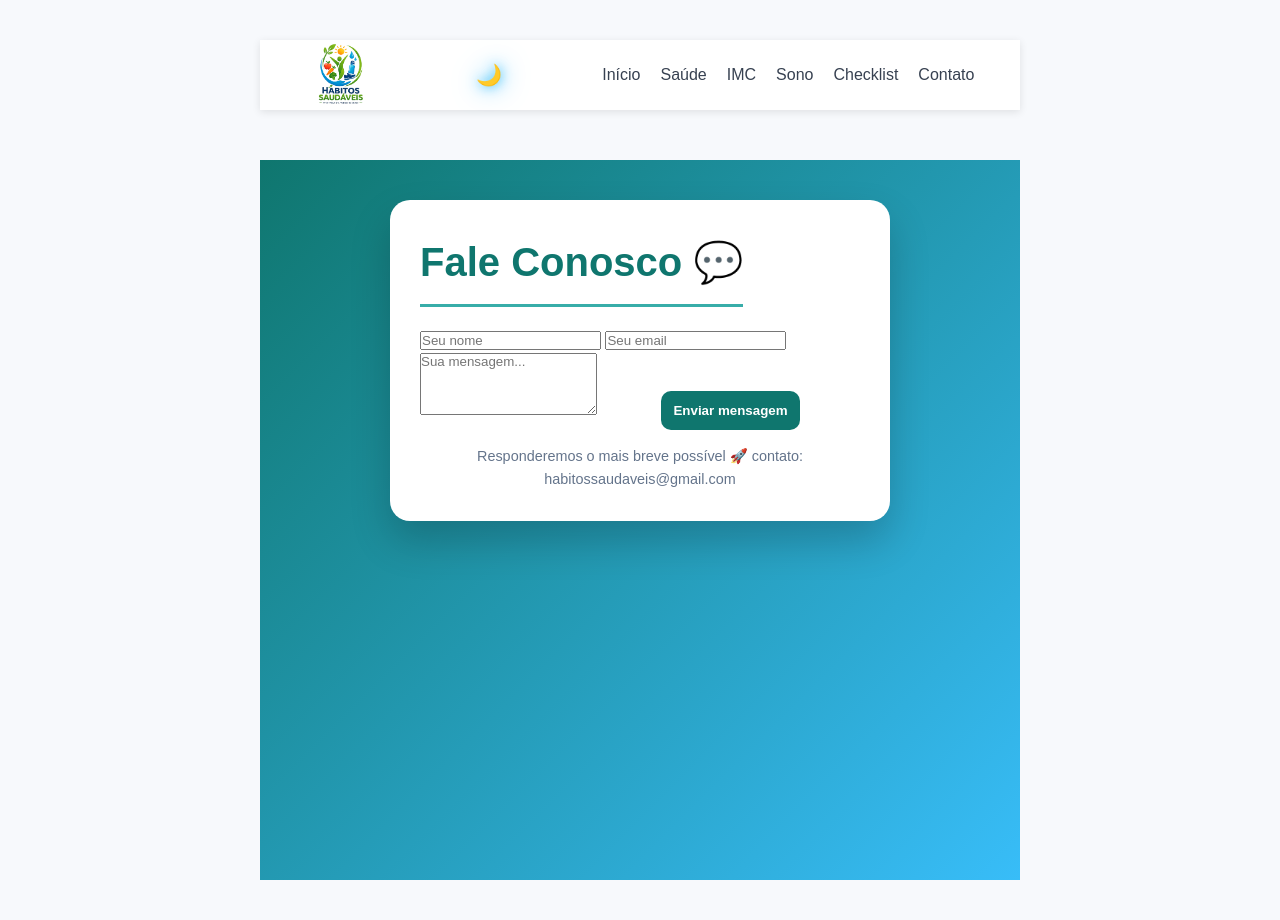
Repository: habitos2026/projetointegrador2026
Page: contato.html
The author's editor kept a copy of each file at every save. The page is drawn from the files as they stood at one save, then again after the next save.
The browser window is 1280 px wide. The pictures show the whole page.

Above is the page before, as saved 2026-06-10 23:12:12.

### contato.html
<!DOCTYPE html>
<html lang="pt-br">
<head>
<meta charset="UTF-8">
<meta name="viewport" content="width=device-width, initial-scale=1.0">
<title>Contato</title>

<link rel="stylesheet" href="estilos.css">

<style>

    :root {
            --cor-mente: #6a89cc;    /* Azul sereno */
            --cor-fisico: #38ada9;   /* Verde energia */
            --cor-agua: #4a69bd;     /* Azul hidratação */
            --cor-fundo: #f7f9fc;
        }

        /* Animação de Entrada */
        @keyframes fadeInUp {
            from {
                opacity: 0;
                transform: translateY(20px);
            }
            to {
                opacity: 1;
                transform: translateY(0);
            }
        }

        body {
            font-family: 'Segoe UI', Roboto, sans-serif;
            line-height: 1.6;
            background-color: var(--cor-fundo);
            color: #2f3542;
            max-width: 800px;
            margin: 0 auto;
            padding: 40px 20px;
        }

        header {
            text-align: center;
            margin-bottom: 50px;
            animation: fadeInUp 0.8s ease-out;
        }

        h1 {
            color: var(--cor-mente);
            font-size: 2.5rem;
            border-bottom: 3px solid var(--cor-fisico);
            display: inline-block;
            padding-bottom: 10px;
        }

        section {
            background: white;
            padding: 30px;
            border-radius: 15px;
            box-shadow: 0 10px 25px rgba(0,0,0,0.05);
            animation: fadeInUp 1s ease-out;
        }

        h2 {
            color: var(--cor-fisico);
            margin-top: 30px;
            display: flex;
            align-items: center;
            gap: 10px;
        }

/* ÁREA SÓ DO CONTATO */
.contato-page {
    background: linear-gradient(135deg, #0f766e, #38bdf8);
    min-height: 100vh;
    padding: 40px 10px;
}

/* CARD */
.contato-box {
    max-width: 500px;
    margin: auto;
    background: white;
    padding: 30px;
    border-radius: 20px;
    box-shadow: 0 20px 40px rgba(0,0,0,0.2);
    animation: subir 0.6s ease;
}

/* ANIMAÇÃO */
@keyframes subir {
    from {
        opacity: 0;
        transform: translateY(40px);
    }
    to {
        opacity: 1;
        transform: translateY(0);
    }
}

.contato-box h1 {
    text-align: center;
    color: #0f766e;
    margin-bottom: 20px;
}

/* FORM */
.contato-form {
    display: flex;
    flex-direction: column;
    gap: 15px;
}

.contato-form input,
.contato-form textarea {
    padding: 12px;
    border-radius: 10px;
    border: 1px solid #cbd5e1;
    outline: none;
    transition: 0.3s;
    font-size: 1rem;
}

.contato-form input:focus,
.contato-form textarea:focus {
    border-color: #0f766e;
    box-shadow: 0 0 8px rgba(15,118,110,0.3);
}

/* BOTÃO */
.contato-form button {
    padding: 12px;
    border: none;
    border-radius: 10px;
    background: #0f766e;
    color: white;
    font-weight: bold;
    cursor: pointer;
    transition: 0.3s;
}

.contato-form button:hover {
    background: #115e59;
    transform: scale(1.03);
    cursor: pointer;
}

.contato-box button{
    padding: 12px;
    margin-left: 60px;
    border: none;
    border-radius: 10px;
    background: #0f766e;
    color: white;
    font-weight: bold;
    cursor: pointer;
    transition: 0.3s;
}

/* TEXTO */
.info {
    text-align: center;
    margin-top: 15px;
    color: #64748b;
    font-size: 0.9rem;
}

</style>

</head>

<body>

<div id="menu"></div>

<div class="contato-page">

    <div class="contato-box">
        <h1>Fale Conosco 💬</h1>

        <form class= method="post">
            <input type="text" placeholder="Seu nome" required>
            <input type="email" placeholder="Seu email" required>
            <textarea rows="4" placeholder="Sua mensagem..." required></textarea>
            <button type="submit">Enviar mensagem</button>
        </form>

        <div class="info">
            Responderemos o mais breve possível 🚀  contato: habitossaudaveis@gmail.com
        </div>
    </div>

</div>

<script src="trabalho.js"></script>

</body>
</html>

### estilos.css
:root{
    --cinza245: rgb(245,245,245);
    --cinza220: rgb(220,220,220);
    --cinza128: rgb(128,128,128);
    --azul: rgb(0,80,120);
    --amarelo: yellow;
}

/* RESET */
*{
    margin:0;
    padding:0;
    box-sizing:border-box;
    font-family:Arial, sans-serif;
}

body{
    background:#f5f7fb;
    color:#1f2937;
}

/* HEADER */
header{
    background:white;
    height:70px;

    display:flex;
    align-items:center;
    justify-content:space-between;

    padding:0 6%;

    box-shadow:0 2px 8px rgba(0,0,0,0.1);
}

/* LOGO */
.logo{
    height:100%;
    width:auto;
}

/* MENU */
.menu{
    display:flex;
    align-items:center;
    gap:20px;
}

.menu a{
    text-decoration:none;
    color:#374151;
    transition: 0.5s;

}

.menu a:hover{
    color:#0f766e;
    text-shadow: 0 0 6px #01b3a4;
}

/* TOPO MENU MOBILE */
.topoMenu{
    display:none;
}

/* BOTÃO MENU */
.botaoMenu{
    border:none;
    background:transparent;

    display:none;
    flex-direction:column;

    gap:6px;

    cursor:pointer;
    transition:0.5s;
}

.botaoMenu div{
    width:28px;
    height:3px;

    background:black;
    transition:0.5s;
}

/* MAIN */
main{
    max-width:800px;

    margin:40px auto;

    background:white;

    padding:30px;

    border-radius:10px;
}

/* TEXTOS */
h1{
    color:#0f766e;
    margin-bottom:10px;
}

p{
    margin-bottom:15px;
}

/* BANNER */
.bannerIndexInicio{
    width:100%;
    height:300px;
    overflow:hidden;
}

.bannerIndexInicio img{
    width:100%;
    height:100%;

    object-fit:cover;
    display:block;
}

.bannerIndex{
    height:100%;

    display:flex;
    justify-content:center;

    overflow:hidden;

    aspect-ratio:16/9;
}

.bannerIndex img{
    width:70%;
    height:80%;

    object-fit:cover;
}

/* BOX ÁGUA */
.agua-box{
    background:#ecfeff;

    padding:20px;

    border-radius:15px;

    margin-bottom:20px;
}

.agua-box h2{
    color:#0f766e;
    margin-bottom:10px;
}

.agua-box input{
    width:100%;

    padding:10px;

    margin-bottom:10px;

    border-radius:8px;

    border:1px solid #ccc;
}

.agua-box button{
    width:100%;

    padding:12px;

    background:#0f766e;

    color:white;

    border:none;

    border-radius:8px;

    cursor:pointer;

    transition:0.5s;
}

.agua-box button:hover{
    background:#115e59;

    transform:scale(1.01);

    box-shadow:
    0 0 10px rgb(1, 255, 234),
    0 0 15px rgb(0, 173, 253);
}

#resultadoAgua{
    margin-top:10px;
    font-weight:bold;
}

/* LISTAS */
.listas{
    width:65%;

    display:grid;

    grid-template-columns:repeat(2, 1fr);

    gap:1rem;
}

/* IMAGENS SAÚDE */
.Saude .Imagem img{

    width:35%;

    height:auto;

    object-fit:cover;

    border-radius:15px;

    transition:0.4s;
}

.Saude .Imagem img:hover{

    transform:scale(1.05);

    box-shadow:
    0 0 10px cyan,
    0 0 20px cyan,
    0 0 40px cyan;
}

.imc-box{
    background:#0f766e;

    padding:20px;

    border-radius:20px;

    margin-top:3rem;


}

.imc-box input{
    width:100%;

    padding:10px;

    margin-bottom:10px;

    border-radius:8px;

    border:1px solid #ccc;
}

.imc-box button{
    width:100%;

    padding:12px;

    background: white;

    border: none;

    border-radius:8px;

    cursor:pointer;

    transition:0.5s;
}

.imc-box button:hover{
    background:#f0f0f0;

    transform:scale(1.002);

    box-shadow:
    0 0 6px rgb(1, 255, 234),
    0 0 8px rgb(0, 173, 253),
    0 0 15px  rgba(18, 165, 153);
}

#resultado{
    margin-top:20px;

    font-weight:bold;

    display: flex;

    flex-direction: column;

    align-items: center;

    gap: 10px;

}

#botaoFecharMenu{
    border:none;

    background:transparent;

    box-shadow: none;

    font-size:20px;

    cursor:pointer;

    transition: 0.5s;

    border-radius: 100px;

}


#botaoFecharMenu:hover{
    color: red;
    text-shadow:  0 0 11px rgb(255, 0, 0);
}

#botaoFecharMenu:active{
  animation: clickEffect 0.2s ease;
}


/* ===== BOTÃO TEMA ===== */

/* Tema CLARO ativo — botão mostra 🌙 — neon azul */
#btnTema {
    background: transparent;
    border: none;
    border-radius: 50%;
    width: 38px;
    height: 38px;
    font-size: 1.3rem;
    cursor: pointer;
    transition: all 0.3s;
    filter: drop-shadow(0 0 6px #38bdf8) drop-shadow(0 0 12px #7dd3fc);
}

#btnTema:hover {
    transform: scale(1.12) rotate(10deg);
    filter: drop-shadow(0 0 10px #38bdf8) drop-shadow(0 0 20px #7dd3fc);
}

/* Tema ESCURO ativo — botão mostra ☀️ — neon amarelo */
body.dark #btnTema {
    border: none;
    box-shadow: none;
    filter: drop-shadow(0 0 6px #f59e0b) drop-shadow(0 0 12px #fbbf24);
}

body.dark #btnTema:hover {
    transform: scale(1.2) rotate(50deg);
    filter: drop-shadow(0 0 10px #f59e0b) drop-shadow(0 0 20px #fbbf24);
}

/* ===== DARK MODE ===== */
body.dark {
    background: #0a0f1e;
    color: #e2e8f0;
}

body.dark header {
    background: #0d1b2a;
    box-shadow: 0 2px 8px rgba(0,0,0,0.5);
}

body.dark .menu {
    background: #0d1b2a;
}

body.dark .menu a {
    color: #94a3b8;
    border-bottom-color: #1e3a5f;
}

body.dark .menu a:hover {
    color: #7dd3fc;
    text-shadow: 0 0 6px #7dd3fc88;
}

body.dark main,
body.dark section {
    background: #0d1b2a;
    box-shadow: 0 4px 20px rgba(0,0,0,0.3);
}

body.dark .logo {
    filter: brightness(0.9) drop-shadow(0 0 6px rgba(56, 189, 248, 0.4));
    border-radius: 50%;
    background: transparent;
    mix-blend-mode: screen;
}

body.dark h1 {
    color: #38bdf8;
    text-shadow: 0 0 8px #38bdf855;
}

body.dark h2 {
    color: #7dd3fc;
    text-shadow: none;
}

body.dark .agua-box {
    background: #0d2137;
    border: 1px solid #1e3a5f;
}

body.dark .agua-box input,
body.dark .imc-box input,
body.dark .contato-form input,
body.dark .contato-form textarea {
    background: #0a0f1e;
    color: #e2e8f0;
    border-color: #1e3a5f;
}

body.dark .habit-item {
    background: #0d1b2a;
    color: #e2e8f0;
}

body.dark .barra {
    background: #1e293b;
}

body.dark .barra span {
    background: #38bdf8;
}

body.dark li {
    background: #0d1b2a;
    border-left-color: #38bdf8;
    color: #e2e8f0;
}

body.dark li:hover {
    background: #0d2137;
}

body.dark .contato-box {
    background: #0d1b2a;
}

body.dark .contato-form input,
body.dark .contato-form textarea {
    background: #0a0f1e;
    color: #e2e8f0;
    border-color: #1e3a5f;
}

body.dark footer {
    color: #475569;
}

@keyframes clickEffect {
  0% {
    transform: scale(1);
    text-shadow: 0 0 10px red;
  }
  50% {
    transform: scale(0.95);
    text-shadow: 0 0 20px red;
  }
  100% {
    transform: scale(1);
    text-shadow: 0 0 10px red;
  }
}

/* ANIMAÇÃO */
@keyframes subir{

    from{
        opacity:0;
        transform:translateY(-20px);
    }

    to{
        opacity:1;
        transform:translateY(0);
    }

}

/* MOBILE */
@media screen and (max-width:950px){

    .botaoMenu{
        display:flex;

        animation:subir 0.5s ease;
    }

    .botaoMenu:hover{
        transform: scale(1.03);
    }
    .botaoMenu:hover div{
        box-shadow: 0 10px 15px rgba(0,0,0,0.4);

    }

    .menu{
        position:fixed;

        top:0;
        right:-100%;

        width:80%;
        height:100vh;

        background:white;

        flex-direction:column;

        align-items:flex-start;

        padding:30px;

        transition: right 0.5s;

        z-index:999;
    }

    .menu a{
        width:100%;

        padding:12px 0;


        border-bottom:1px solid var(--cinza220);

        text-decoration:none;

        color:#374151;

        transition: 0.10s;

}

    .menu a:hover{
    color:#0f766e;
    text-shadow: 0 0 6px #01b3a4;
    border: #01b3a4 1px solid;
    transition: 0.5s;
}

    .topoMenu{
        display:flex;

        width:100%;

        justify-content:space-between;

        align-items:center;

        margin-bottom:30px;
    }

    .topoMenu button{
        border:none;

        background:transparent;

        font-size:20px;

        cursor:pointer;
    }

    main{
        margin:20px;
    }

    .bannerIndex img{
        width:100%;
        height:220px;
    }

    .listas{
        width:100%;

        grid-template-columns:1fr;
    }

    .Saude .Imagem img{
        width:100%;
    }
}

### trabalho.js
// ===== DARK MODE — roda ANTES de tudo =====
if (localStorage.getItem("tema") === "dark") {
    document.body.classList.add("dark");
}

// ===== MENU =====
fetch("menu.html")
.then(res => res.text())
.then(data => {

    document.getElementById("menu").innerHTML = data;

    // Botão tema
    const btnTema = document.getElementById("btnTema");
    btnTema.textContent = document.body.classList.contains("dark") ? "☀️" : "🌙";

    btnTema.addEventListener("click", () => {
        document.body.classList.toggle("dark");
        const temaDark = document.body.classList.contains("dark");
        localStorage.setItem("tema", temaDark ? "dark" : "light");
        btnTema.textContent = temaDark ? "☀️" : "🌙";
    });

    // Botões do menu mobile
    const abrir = document.querySelector(".botaoMenu");
    const fechar = document.querySelector("#botaoFecharMenu");
    const menu = document.querySelector("#menuNav");

    abrir.addEventListener("click", () => {
        menu.style.right = "0";
    });

    fechar.addEventListener("click", () => {
        menu.style.right = "-100%";
    });

});

// ===== RESTO DAS FUNÇÕES =====

function calc() {
    const checks = document.querySelectorAll('.habit-item input');
    let marcados = 0;

    checks.forEach(check => {
        if(check.checked) marcados++;
    });

    let porcentagem = (marcados / checks.length) * 100;

    document.getElementById("pct").innerText = Math.round (porcentagem) + "%";
    document.getElementById("bar").style.width = porcentagem + "%";

    const msg = document.getElementById("msg");
    const imgGif = document.getElementById("imgGif");

    if (porcentagem === 100) {

    msg.innerText = "Parabéns! Você completou todos os hábitos 🎉";

    lancarConfetes();

} else {

    msg.innerText = "";
    imgGif.innerHTML = "";

}
}

const data = document.getElementById("data");
if (data) {
    data.addEventListener("click", () => {
        data.showPicker();
    });
}

function calcularAgua() {
    const peso = parseFloat(document.getElementById("peso").value);
    const idade = parseInt(document.getElementById("idade").value);

    if (isNaN(peso) || peso <= 0 || isNaN(idade) || idade <= 0) {
        document.getElementById("resultadoAgua").innerText = "Por favor, preencha peso e idade corretamente.";
        return;
    }

    let mlPorKg;

    if (idade <= 17) mlPorKg = 40;
    else if (idade <= 55) mlPorKg = 35;
    else if (idade <= 65) mlPorKg = 30;
    else mlPorKg = 25;

    const totalMl = peso * mlPorKg;
    const totalLitros = (totalMl / 1000).toFixed(1);

    document.getElementById("resultadoAgua").innerText =
        `Você deve beber aproximadamente ${totalLitros}L de água por dia.`;
}

function lancarConfetes() {

    // Evita lançar várias vezes
    if (document.getElementById("confetes")) return;

    const canvas = document.createElement("canvas");
    canvas.id = "confetes";

    // Cobre a tela toda
    canvas.style.cssText = `
        position: fixed;
        top: 0;
        left: 0;
        width: 100%;
        height: 100%;
        pointer-events: none;
        z-index: 9999;
    `;

    document.body.appendChild(canvas);

    const ctx = canvas.getContext("2d");
    canvas.width = window.innerWidth;
    canvas.height = window.innerHeight;

    // Cores dos confetes
    const cores = [
        "#f59e0b", "#38bdf8", "#34d399",
        "#f472b6", "#a78bfa", "#fb923c"
    ];

    // Cria 150 confetes
    const confetes = Array.from({ length: 150 }, () => ({
        x: Math.random() * canvas.width,
        y: Math.random() * -canvas.height,
        w: Math.random() * 10 + 6,
        h: Math.random() * 5 + 3,
        cor: cores[Math.floor(Math.random() * cores.length)],
        velocidade: Math.random() * 4 + 2,
        angulo: Math.random() * 360,
        rotacao: Math.random() * 6 - 3,
        oscilacao: Math.random() * 2 - 1
    }));

    let frame;
    let tempo = 0;

    function animar() {
        ctx.clearRect(0, 0, canvas.width, canvas.height);
        tempo++;

        confetes.forEach(c => {
            c.y += c.velocidade;
            c.x += c.oscilacao;
            c.angulo += c.rotacao;

            ctx.save();
            ctx.translate(c.x, c.y);
            ctx.rotate((c.angulo * Math.PI) / 180);
            ctx.fillStyle = c.cor;
            ctx.fillRect(-c.w / 2, -c.h / 2, c.w, c.h);
            ctx.restore();
        });

        // Para após 4 segundos
        if (tempo < 240) {
            frame = requestAnimationFrame(animar);
        } else {
            cancelAnimationFrame(frame);
            canvas.remove();
        }
    }

    animar();
}

### menu.html
<header>

    <img class="logo" src="pasta-de-imagens/Logo.png" alt="Logo">

    <button id="btnTema" title="Alternar tema">🌙</button>

    <button class="botaoMenu">

        <div></div>
        <div></div>
        <div></div>

    </button>

    <nav id="menuNav" class="menu">

        <div class="topoMenu">

            <h3>Menu</h3>
            <button id="botaoFecharMenu">X</button>
            <button id="abrirMenu" class="botaoMenu"></button>

        </div>

        <a href="index.html">Início</a>
        <a href="saude.html">Saúde</a>
        <a href="imc.html">IMC</a>
        <a href="sono.html">Sono</a>
        <a href="checklist.html">Checklist</a>
        <a href="contato.html">Contato</a>

    </nav>

</header>

After the next save:
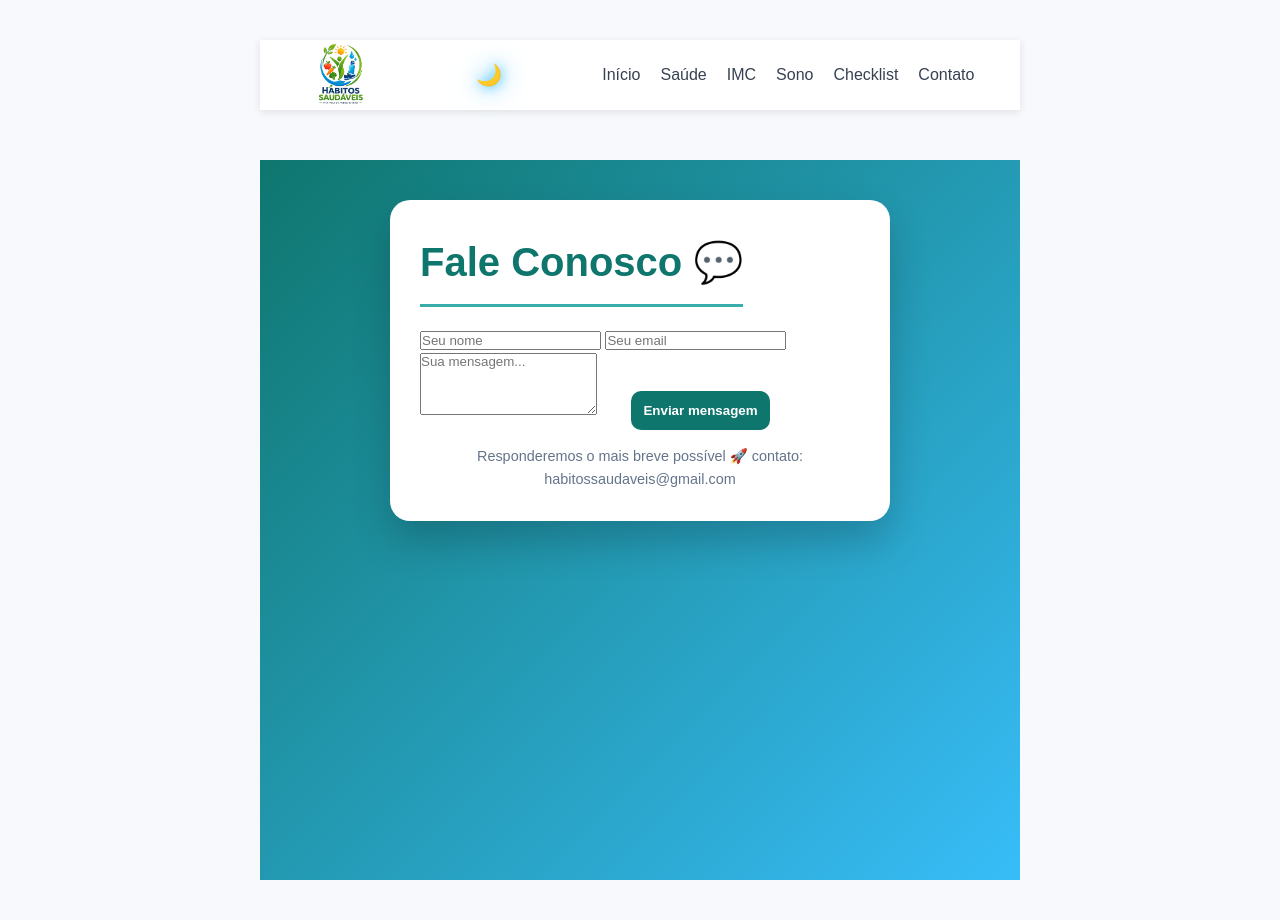
Saved 4 s later.
--- a/contato.html
+++ b/contato.html
@@ -147,7 +147,7 @@
 
 .contato-box button{
     padding: 12px;
-    margin-left: 60px;
+    margin-left: 30px;
     border: none;
     border-radius: 10px;
     background: #0f766e;
